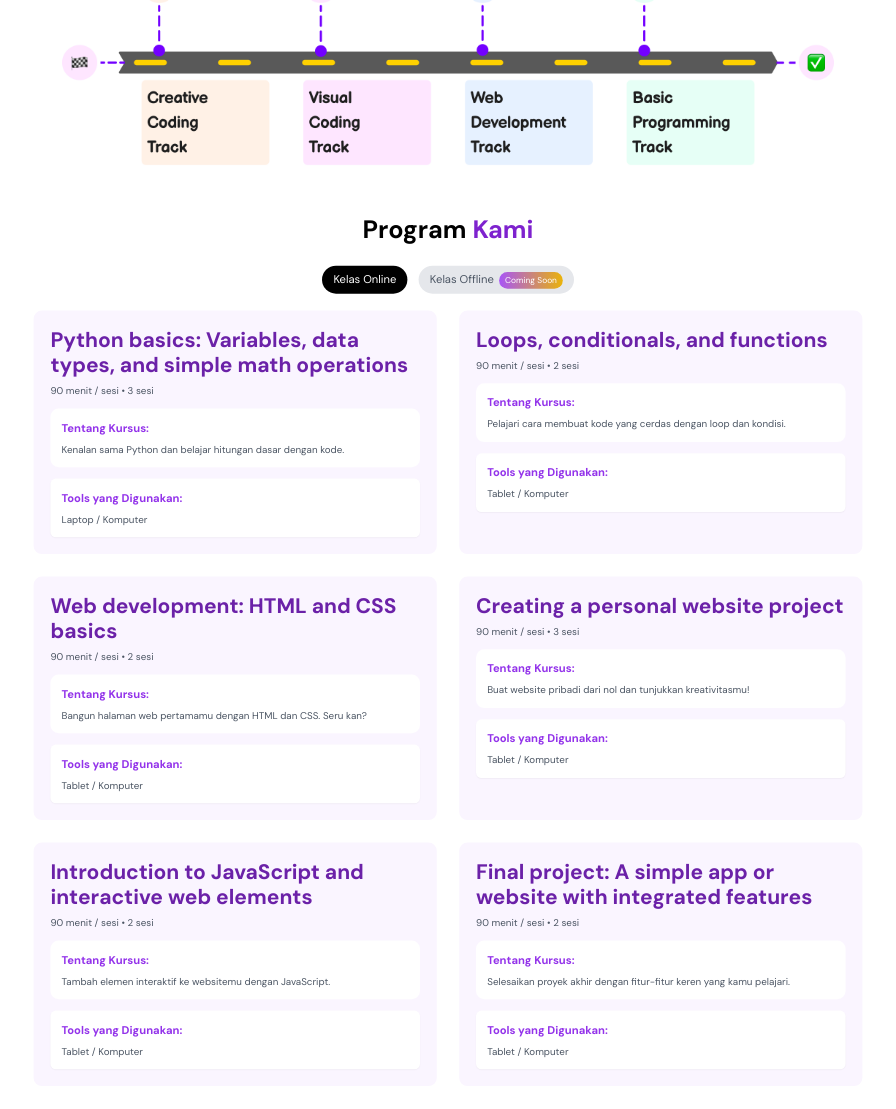
Repository: paskasiregar/ttccomweb
Page: /track/basic-programming
An editor plug-in stored every save of this project. The page is shown before and after the next save, followed by the edit.
The browser window is 1280 px wide. The pictures show the part of the page from y = 1771 to 3691 px (the page is 3355 px tall before and 3691 px after), at 70% of full size.
The project was rebuilt for these pictures with package versions that can differ from the ones it lists, and the page was loaded fresh each time. The framework's server and built-in components were replaced by stand-ins that run in the browser. Also part of the build but not shown: next.config.js, next.config.mjs.

Above is the page before, as saved 2024-11-17 00:08:22.

### src/app/layout.js
import "./globals.css";
import { DM_Sans } from "next/font/google";

const dmSans = DM_Sans({
  subsets: ["latin"],
  weight: ["400", "500", "700"], // Include only the weights you need
  variable: "--font-dm-sans", // Optional: CSS variable for global use
});

export const metadata = {
  title: "Tiny Tech Club",
  description: "Small techies, big dreams 🚀",
};

export default function RootLayout({ children }) {
  return (
    <html lang="en" className={dmSans.variable}>
      <body className="antialiased">{children}</body>
    </html>
  );
}

### src/app/template.js
import React from "react";

export default function TrackTemplate({ title, description, children }) {
  return (
    <div>
      {/* Hero Section */}
      <div className="relative h-screen w-full">
        <img
          src="https://images.unsplash.com/photo-1494783367193-149034c05e8f"
          alt="Background"
          className="absolute inset-0 w-full h-full object-cover filter blur-sm"
        />
        <div className="absolute inset-0 bg-black bg-opacity-50"></div>
        <div className="absolute inset-0 flex flex-col items-center justify-center">
          <h1 className="text-4xl text-white font-bold">{title}</h1>
          <p className="text-xl text-white mt-4">{description}</p>
        </div>
      </div>

      {/* Content Section */}
      <div className="max-w-7xl mx-auto px-4 py-8">{children}</div>
    </div>
  );
}

### src/app/track/[track]/page.js
"use client";
import { useParams } from "next/navigation";
import TrackTemplate from "../[track]";
import Image from "next/image";
import ljImage from "@/assets/lj.png";
import ProgramTabs from "@/components/programTabs";
import Footer from "@/components/footer";

export default function TrackPage() {
  const { track } = useParams();

  const trackDetails = {
    "creative-coding": {
      title: "Creative Coding Track",
      description:
        "Kenalkan coding ke anak-anak dengan aktivitas seru dan edukatif. Cocok banget buat usia 4-5 tahun untuk membangun kemampuan berpikir logis.",
      backgroundImage:
        "https://images.unsplash.com/photo-1544717305-2782549b5136", // Replace with a relevant Creative Coding image
    },
    "visual-coding": {
      title: "Visual Coding Track",
      description:
        "Belajar konsep pemrograman visual pakai ScratchJr. Cocok buat anak usia 6-7 tahun untuk bikin cerita dan proyek seru sambil belajar coding dasar.",
      backgroundImage:
        "https://images.unsplash.com/photo-1573164574393-b9b12c3ff9c6", // Replace with a relevant Visual Coding image
    },
    "web-development": {
      title: "Web Development Track",
      description:
        "Belajar dasar-dasar pengembangan web dengan HTML, CSS, dan JavaScript. Cocok untuk usia 8-12 tahun untuk membuat proyek web mini yang menarik.",
      backgroundImage:
        "https://images.unsplash.com/photo-1522071820081-009f0129c71c", // Replace with a relevant Web Development image
    },
    "basic-programming": {
      title: "Basic Programming Track",
      description:
        "Pelajari konsep pemrograman inti dengan Python dan JavaScript. Dirancang untuk usia 13-16 tahun untuk membangun aplikasi dunia nyata dan kemampuan pemecahan masalah.",
      backgroundImage:
        "https://images.unsplash.com/photo-1517433456452-f9633a875f6f", // Replace with a relevant Basic Programming image
    },
  };

  const trackCards = {
    "creative-coding": [
      {
        title: "Introduction to Coding Concepts Through Play",
        duration: "30 menit",
        sessions: "2 sesi",
        description:
          "Siswa akan diperkenalkan dengan konsep dasar pemrograman melalui permainan interaktif yang seru dan edukatif. Aktivitas ini membantu membangun fondasi logika pemrograman sejak dini.",
        tools: "iPad / Tab",
      },
      {
        title: "Learning Directional Commands with Bee-Bots",
        duration: "30 menit",
        sessions: "2 sesi",
        description:
          "Siswa akan belajar mengontrol arah dan logika sederhana menggunakan Bee-Bots. Aktivitas ini mengasah kemampuan berpikir logis dan keterampilan pemecahan masalah.",
        tools: "iPad / Tab, Komputer",
      },
      {
        title: "Pattern recognition and sequencing",
        duration: "30 menit",
        sessions: "2 sesi",
        description:
          "Siswa akan mempelajari cara mengenali pola dan urutan logis melalui tugas-tugas menarik. Aktivitas ini meningkatkan kemampuan observasi dan pengelompokan pola.",
        tools: "iPad / Tab, Komputer",
      },
      {
        title: "Simple coding games and collaborative tasks",
        duration: "30 menit",
        sessions: "2 sesi",
        description:
          "Siswa akan bermain game coding sederhana dan menyelesaikan tugas kolaboratif untuk memahami dasar-dasar pemrograman sambil bekerja sama dalam tim.",
        tools: "iPad / Tab, Komputer",
      },
    ],
    "visual-coding": [
      {
        title: "Introduction to ScratchJr and navigating the interface",
        duration: "45 menit",
        sessions: "2 sesi",
        description:
          "Kenalan dengan ScratchJr dan mulai bikin cerita animasi pertamamu!",
        tools: "Laptop / Komputer",
      },
      {
        title: "Building characters and creating movements",
        duration: "45 menit",
        sessions: "2 sesi",
        description:
          "Hidupkan karaktermu dan buat mereka bergerak dengan mudah!",
        tools: "Tablet / Komputer",
      },
      {
        title:
          "Storytelling with coding, creating a beginning, middle, and end",
        duration: "45 menit",
        sessions: "2 sesi",
        description:
          "Buat cerita seru dengan alur awal, tengah, dan akhir yang menarik.",
        tools: "Tablet / Komputer",
      },
      {
        title: "Adding sounds and interactivity",
        duration: "45 menit",
        sessions: "2 sesi",
        description:
          "Tambahkan suara dan interaksi untuk membuat cerita jadi lebih hidup!",
        tools: "Tablet / Komputer",
      },
      {
        title: "Final project: Designing an animated story",
        duration: "45 menit",
        sessions: "2 sesi",
        description:
          "Buat proyek akhir: cerita animasi keren dari imajinasimu sendiri!",
        tools: "Tablet / Komputer",
      },
    ],
    "web-development": [
      {
        title: "Introduction to Scratch: Motion, looks, and sounds",
        duration: "60 menit",
        sessions: "3 sesi",
        description:
          "Pelajari dasar-dasar Scratch untuk membuat karakter bergerak dan bersuara.",
        tools: "Laptop / Komputer",
      },
      {
        title: "Control blocks and loops",
        duration: "60 menit",
        sessions: "2 sesi",
        description:
          "Gunakan blok kontrol dan loop untuk menciptakan aksi yang keren!",
        tools: "Tablet / Komputer",
      },
      {
        title: "Robotics with Ozobot: Coding paths and commands",
        duration: "60 menit",
        sessions: "3 sesi",
        description:
          "Program robot Ozobot untuk mengikuti jalur dan perintahmu.",
        tools: "Tablet / Komputer",
      },
      {
        title: "Building interactive games with Scratch",
        duration: "60 menit",
        sessions: "2 sesi",
        description: "Buat game interaktif menggunakan Scratch. Seru banget!",
        tools: "Tablet / Komputer",
      },
      {
        title: "Capstone project: A collaborative coding challenge",
        duration: "60 menit",
        sessions: "2 sesi",
        description:
          "Kerjakan tantangan coding bersama teman untuk proyek akhir.",
        tools: "Tablet / Komputer",
      },
    ],
    "basic-programming": [
      {
        title:
          "Python basics: Variables, data types, and simple math operations",
        duration: "90 menit",
        sessions: "3 sesi",
        description:
          "Kenalan sama Python dan belajar hitungan dasar dengan kode.",
        tools: "Laptop / Komputer",
      },
      {
        title: "Loops, conditionals, and functions",
        duration: "90 menit",
        sessions: "2 sesi",
        description:
          "Pelajari cara membuat kode yang cerdas dengan loop dan kondisi.",
        tools: "Tablet / Komputer",
      },
      {
        title: "Web development: HTML and CSS basics",
        duration: "90 menit",
        sessions: "2 sesi",
        description:
          "Bangun halaman web pertamamu dengan HTML dan CSS. Seru kan?",
        tools: "Tablet / Komputer",
      },
      {
        title: "Creating a personal website project",
        duration: "90 menit",
        sessions: "3 sesi",
        description:
          "Buat website pribadi dari nol dan tunjukkan kreativitasmu!",
        tools: "Tablet / Komputer",
      },
      {
        title: "Introduction to JavaScript and interactive web elements",
        duration: "90 menit",
        sessions: "2 sesi",
        description: "Tambah elemen interaktif ke websitemu dengan JavaScript.",
        tools: "Tablet / Komputer",
      },
      {
        title:
          "Final project: A simple app or website with integrated features",
        duration: "90 menit",
        sessions: "2 sesi",
        description:
          "Selesaikan proyek akhir dengan fitur-fitur keren yang kamu pelajari.",
        tools: "Tablet / Komputer",
      },
    ],
  };

  const trackData = trackDetails[track] || {
    title: "Track Tidak Ditemukan",
    description: "Track yang kamu cari nggak ada nih.",
    backgroundImage:
      "https://images.unsplash.com/photo-1506748686214-e9df14d4d9d0", // Default image for not found
  };

  const cards = trackCards[track] || [];

  return (
    <div className="mx-auto">
      {/* Back Button */}
      <div className="my-4 px-4 sm:px-8">
        <button
          className="secondary-button"
          onClick={() => (window.location.href = "/")}
        >
          &lt; Kembali
        </button>
      </div>

      {/* Track Template */}
      <section>
        <TrackTemplate
          title={trackData.title}
          description={trackData.description}
          backgroundImage={trackData.backgroundImage}
        />

        {/* Learning Journey Section */}
        <section className="w-full my-8 px-4 sm:px-8 max-w-container py-20">
          <div>
            <div className="flex flex-col md:flex-row items-center md:items-start md:justify-between">
              <div className="max-w-lg md:w-1/2">
                <h1 className="text-6xl md:text-6xl font-bold mb-8">
                  Learning <span className="text-purple-700">Journey</span>
                </h1>
              </div>
              <div className="mt-6 md:mt-0 md:w-1/2 mb-8">
                <p className="text-gray-600 text-base md:text-md">
                  Yuk, mulai perjalanan belajar yang seru dan inspiratif buat
                  anak-anak!
                </p>
              </div>
            </div>
            <div className="mt-6 md:mt-0 mb-8">
              <Image
                src={ljImage}
                alt="Perjalanan Belajar"
                width={1440}
                height={1000}
                className="rounded-lg"
              />
            </div>
          </div>
        </section>

        {/* Our Program Section */}
        <section className="w-full my-8 px-4 sm:px-8 max-w-container mb-8">
          <h2 className="text-center text-4xl font-bold mb-8">
            Program <span className="text-purple-700">Kami</span>
          </h2>
          <ProgramTabs cards={cards} />
        </section>
      </section>
    </div>
  );
}

### src/app/globals.css
@tailwind base;
@tailwind components;
@tailwind utilities;

@import url('https://fonts.googleapis.com/css2?family=DM+Sans:wght@400;500;700&display=swap');

:root {
  --font-dm-sans: "DM Sans", sans-serif;
}

@font-face {
  font-family: 'DM Sans';
  src: url('/fonts/DM-Sans.woff2') format('woff2'),
    url('/fonts/DM-Sans.woff') format('woff');
  font-weight: 400;
  font-style: normal;
}

body {
  font-family: 'DM Sans', sans-serif;
}

.dm-sans-custom {
  font-family: "DM Sans", sans-serif;
  font-optical-sizing: auto;
  font-weight: 400;
  font-style: normal;
}

body {
  font-family: 'DM Sans', Arial, Helvetica, sans-serif;
  margin: 0;
  padding: 0;
  box-sizing: border-box;
}

*,
*::before,
*::after {
  box-sizing: inherit;
}

/* Container class for centering content */
.max-w-container {
  max-width: 1440px;
  margin: 0 auto;
  padding: 0 16px;
  /* Optional padding for spacing on smaller screens */
}

### src/app/track/[track].js
import React from "react";

export default function TrackTemplate({ title, description, children }) {
  return (
    <div>
      {/* Hero Section */}
      <div className="relative h-screen w-full">
        <img
          src="https://images.unsplash.com/photo-1494783367193-149034c05e8f"
          alt="Background"
          className="absolute inset-0 w-full h-full object-cover filter blur-sm"
        />
        <div className="absolute inset-0 bg-black bg-opacity-50"></div>
        <div className="absolute inset-0 flex flex-col items-center justify-center">
          <h1 className="text-6xl text-white font-bold p-8">{title}</h1>
          <p className="text-xl text-white mt-4 p-8">{description}</p>
        </div>
      </div>

      {/* Content Section */}
      <div className="max-w-7xl mx-auto px-4 py-8">{children}</div>
    </div>
  );
}

### src/components/programTabs.jsx
import React, { useState } from "react";
import ClassCard from "./classCard";

function ProgramTabs({ cards }) {
  const [activeTab, setActiveTab] = useState("online");

  const tabs = [
    { id: "online", label: "Kelas Online" },
    { id: "offline", label: "Kelas Offline" },
  ];

  const handleTabClick = (tabId) => setActiveTab(tabId);

  return (
    <div className="w-full">
      {/* Tabs */}
      <div className="flex justify-center space-x-4 mb-6">
        {tabs.map((tab) => (
          <button
            key={tab.id}
            className={`py-2 px-4 rounded-full ${
              activeTab === tab.id
                ? "bg-black text-white"
                : "bg-gray-200 text-gray-600"
            }`}
            onClick={() => handleTabClick(tab.id)}
            disabled={tab.id === "offline"}
          >
            {tab.label}
            {tab.id === "offline" && (
              <span className="ml-2 bg-gradient-to-r from-purple-500 to-yellow-500 text-white px-2 py-1 text-xs rounded-full">
                Coming Soon
              </span>
            )}
          </button>
        ))}
      </div>

      {/* Tab Content */}
      <div>
        {activeTab === "online" && (
          <div className="grid grid-cols-1 md:grid-cols-2 gap-8">
            {cards.map((card, index) => (
              <ClassCard key={index} {...card} />
            ))}
          </div>
        )}
      </div>
    </div>
  );
}

export default ProgramTabs;

### src/components/classCard.jsx
import React from "react";
import PropTypes from "prop-types";

function ClassCard({ title, duration, sessions, description, tools }) {
  return (
    <div className="bg-purple-50 rounded-xl p-6">
      {/* Title */}
      <h3 className="text-3xl font-bold text-purple-800 mb-2">{title}</h3>

      {/* Duration and Sessions */}
      <p className="text-gray-600 text-sm mb-4">
        {duration} / sesi • {sessions}
      </p>

      {/* Description */}
      <div className="bg-white rounded-xl p-4 mb-4">
        <h4 className="text-purple-600 font-semibold mb-2">Tentang Kursus:</h4>
        <p className="text-gray-600 text-sm">{description}</p>
      </div>

      {/* Tools */}
      <div className="bg-white rounded-lg p-4 shadow-sm">
        <h4 className="text-purple-600 font-semibold mb-2">
          Tools yang Digunakan:
        </h4>
        <p className="text-gray-600 text-sm">{tools}</p>
      </div>
    </div>
  );
}

ClassCard.propTypes = {
  title: PropTypes.string.isRequired,
  duration: PropTypes.string.isRequired,
  sessions: PropTypes.string.isRequired,
  description: PropTypes.string.isRequired,
  tools: PropTypes.string.isRequired,
};

export default ClassCard;

### src/components/footer.jsx
import React from "react";
import Image from "next/image";
import logo from "../assets/logo-3.png";

function Footer() {
  return (
    <footer className="bg-[#1E1E1E] text-white py-10 px-8 md:px-16">
      <div className="max-w-7xl mx-auto grid grid-cols-1 md:grid-cols-4 gap-8">
        {/* Logo Section */}
        <div className="flex items-center justify-left md:justify-start">
          <Image
            src={logo}
            alt="Logo"
            width={150} // Base width for mobile
            height={150} // Base height for mobile
            className="w-32 h-auto md:w-48 lg:w-64" // Adjust sizes for different breakpoints
          />
        </div>

        {/* Quick Links */}
        <div>
          <h2 className="text-lg font-semibold text-yellow-400 mb-4">
            Quick Links
          </h2>
          <ul className="space-y-2">
            <li>
              <a href="#" className="text-gray-300 hover:text-yellow-400">
                Tentang kami
              </a>
            </li>
            <li>
              <a href="#" className="text-gray-300 hover:text-yellow-400">
                FAQ
              </a>
            </li>
            <li>
              <a href="#" className="text-gray-300 hover:text-yellow-400">
                Karir
              </a>
            </li>
            <li>
              <a href="#" className="text-gray-300 hover:text-yellow-400">
                Hubungi kami
              </a>
            </li>
          </ul>
        </div>

        {/* Kursus Kami */}
        <div>
          <h2 className="text-lg font-semibold text-yellow-400 mb-4">
            Kursus kami
          </h2>
          <ul className="space-y-2">
            <li>
              <a href="#" className="text-gray-300 hover:text-yellow-400">
                Creative Coding Track
              </a>
            </li>
            <li>
              <a href="#" className="text-gray-300 hover:text-yellow-400">
                Visual Coding Track
              </a>
            </li>
            <li>
              <a href="#" className="text-gray-300 hover:text-yellow-400">
                Web Development Track
              </a>
            </li>
            <li>
              <a href="#" className="text-gray-300 hover:text-yellow-400">
                Basic Programming Track
              </a>
            </li>
          </ul>
        </div>

        {/* Kerjasama */}
        <div>
          <h2 className="text-lg font-semibold text-yellow-400 mb-4">
            Kerjasama
          </h2>
          <ul className="space-y-2">
            <li>
              <a href="#" className="text-gray-300 hover:text-yellow-400">
                Referral
              </a>
            </li>
            <li>
              <a href="#" className="text-gray-300 hover:text-yellow-400">
                Untuk Sekolah
              </a>
            </li>
            <li>
              <a href="#" className="text-gray-300 hover:text-yellow-400">
                Franchise
              </a>
            </li>
          </ul>
        </div>
      </div>
    </footer>
  );
}

export default Footer;

Loaded but not shown: tailwind.config.js (common file)

After the next save:
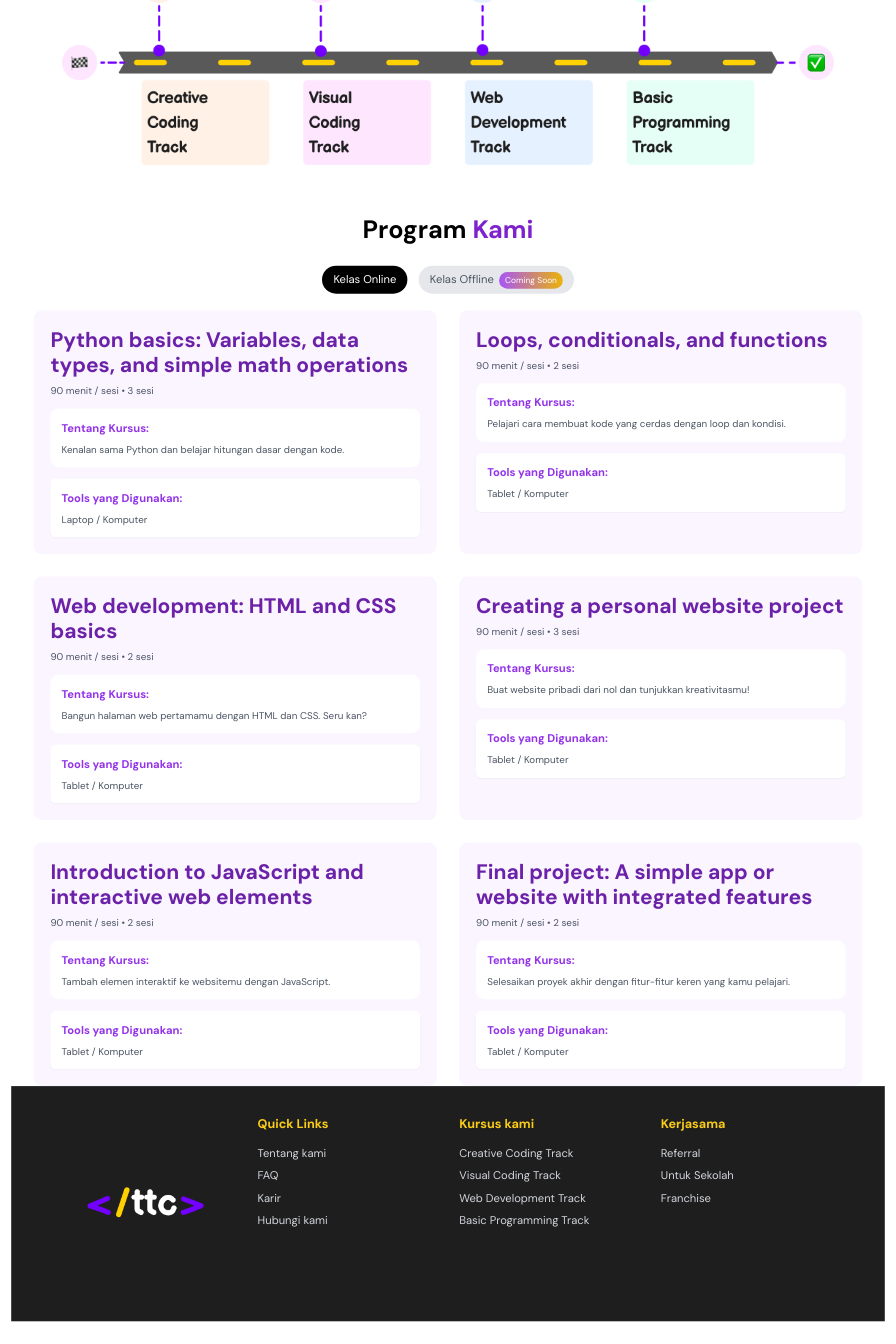
Saved 23 s later.
--- a/src/app/track/[track]/page.js
+++ b/src/app/track/[track]/page.js
@@ -276,6 +276,7 @@ export default function TrackPage() {
           </h2>
           <ProgramTabs cards={cards} />
         </section>
+        <Footer className="p-20" />
       </section>
     </div>
   );
